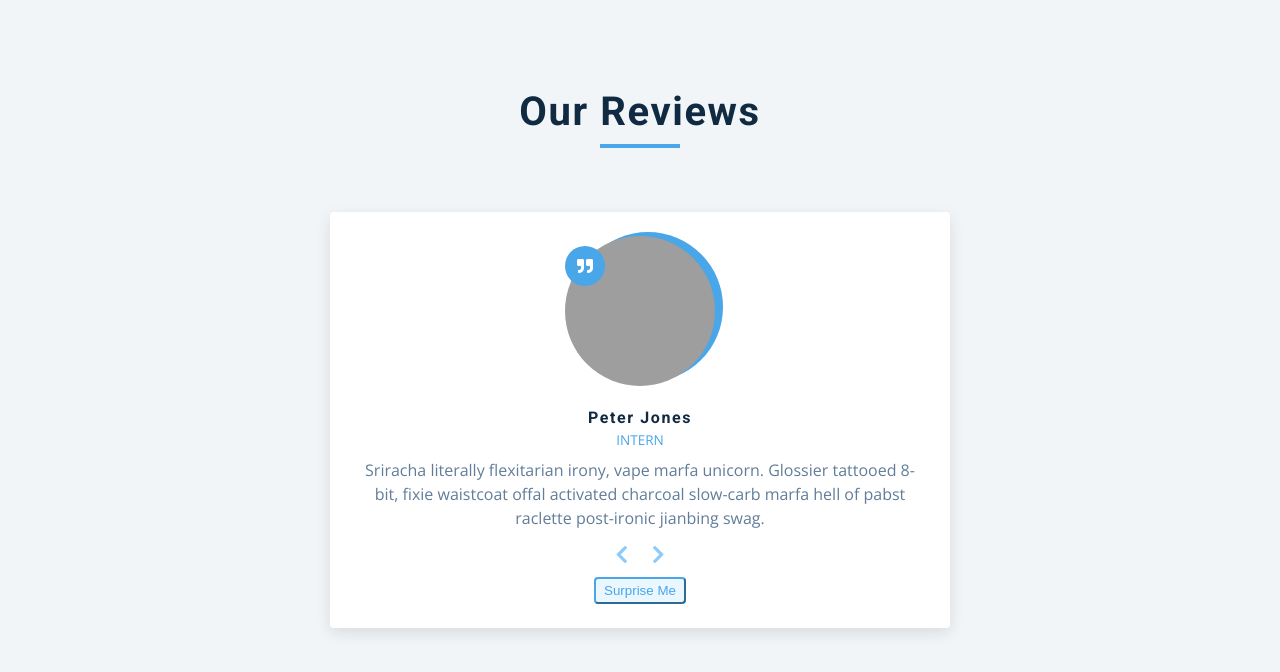
Repository: sunny070/javaScript
Page: Reviews_03/index.html
The author's editor kept a copy of each file at every save. The page is drawn from the files as they stood at one save, then again after a run of saves.
The browser window is 1280 px wide. The pictures show the whole page.
Pictures or frames that could not be fetched are drawn as grey boxes. Some web libraries are served in a nearby version.

Above is the page before, as saved 2023-10-04 12:17:54.

### Reviews_03/index.html
<!DOCTYPE html>
<html lang="en">
  <head>
    <meta charset="UTF-8" />
    <meta name="viewport" content="width=device-width, initial-scale=1.0" />
    <title>Review</title>
    <link
      rel="stylesheet"
      href="https://cdnjs.cloudflare.com/ajax/libs/font-awesome/5.14.0/css/all.min.css"
    />
    <link rel="stylesheet" href="style.css" />
  </head>
  <body>
    <main>
      <section class="container">
        <div class="title">
          <h2>Our Reviews</h2>
          <div class="underline"></div>
        </div>
        <article class="review">
          <div class="img-container">
            <img id="person-img" src="person-1.jpeg" alt="" />
          </div>
          <h4 id="author">sara jones</h4>
          <p id="job">ux Designer</p>
          <p id="info">
            Lorem ipsum dolor sit amet consectetur, adipisicing elit. Officia,
            tempora illo hic itaque ex aperiam optio temporibus laboriosam enim
            aspernatur placeat facilis, eveniet dolorem eaque. Nam, saepe! Vel,
            quisquam ea. Minus modi corrupti unde ullam quod earum odio sapiente
            mollitia temporibus, dolore saepe consectetur inventore assumenda
            nesciunt perferendis, sunt quaerat, facilis laboriosam repudiandae
            pariatur. Recusandae autem minima eveniet qui alias. Consequatur
            culpa ipsa saepe
          </p>

          <div class="button-container">
            <button class="prev-btn">
              <i class="fas fa-chevron-left"></i>
            </button>
            <button class="prev-btn">
              <i class="fas fa-chevron-right"></i>
            </button>
          </div>
          <button class="random-btn">Surprise me</button>
        </article>
      </section>
    </main>

    <script src="app.js"></script>
  </body>
</html>

### Reviews_03/style.css
/*
===============
Fonts
===============
*/
@import url("https://fonts.googleapis.com/css?family=Open+Sans|Roboto:400,700&display=swap");

/*
===============
Variables
===============
*/

:root {
  /* dark shades of primary color*/
  --clr-primary-1: hsl(205, 86%, 17%);
  --clr-primary-2: hsl(205, 77%, 27%);
  --clr-primary-3: hsl(205, 72%, 37%);
  --clr-primary-4: hsl(205, 63%, 48%);
  /* primary/main color */
  --clr-primary-5: hsl(205, 78%, 60%);
  /* lighter shades of primary color */
  --clr-primary-6: hsl(205, 89%, 70%);
  --clr-primary-7: hsl(205, 90%, 76%);
  --clr-primary-8: hsl(205, 86%, 81%);
  --clr-primary-9: hsl(205, 90%, 88%);
  --clr-primary-10: hsl(205, 100%, 96%);
  /* darkest grey - used for headings */
  --clr-grey-1: hsl(209, 61%, 16%);
  --clr-grey-2: hsl(211, 39%, 23%);
  --clr-grey-3: hsl(209, 34%, 30%);
  --clr-grey-4: hsl(209, 28%, 39%);
  /* grey used for paragraphs */
  --clr-grey-5: hsl(210, 22%, 49%);
  --clr-grey-6: hsl(209, 23%, 60%);
  --clr-grey-7: hsl(211, 27%, 70%);
  --clr-grey-8: hsl(210, 31%, 80%);
  --clr-grey-9: hsl(212, 33%, 89%);
  --clr-grey-10: hsl(210, 36%, 96%);
  --clr-white: #fff;
  --clr-red-dark: hsl(360, 67%, 44%);
  --clr-red-light: hsl(360, 71%, 66%);
  --clr-green-dark: hsl(125, 67%, 44%);
  --clr-green-light: hsl(125, 71%, 66%);
  --clr-black: #222;
  --ff-primary: "Roboto", sans-serif;
  --ff-secondary: "Open Sans", sans-serif;
  --transition: all 0.3s linear;
  --spacing: 0.1rem;
  --radius: 0.25rem;
  --light-shadow: 0 5px 15px rgba(0, 0, 0, 0.1);
  --dark-shadow: 0 5px 15px rgba(0, 0, 0, 0.2);
  --max-width: 1170px;
  --fixed-width: 620px;
}
/*
===============
Global Styles
===============
*/

*,
::after,
::before {
  margin: 0;
  padding: 0;
  box-sizing: border-box;
}
body {
  font-family: var(--ff-secondary);
  background: var(--clr-grey-10);
  color: var(--clr-grey-1);
  line-height: 1.5;
  font-size: 0.875rem;
}
ul {
  list-style-type: none;
}
a {
  text-decoration: none;
}
h1,
h2,
h3,
h4 {
  letter-spacing: var(--spacing);
  text-transform: capitalize;
  line-height: 1.25;
  margin-bottom: 0.75rem;
  font-family: var(--ff-primary);
}
h1 {
  font-size: 3rem;
}
h2 {
  font-size: 2rem;
}
h3 {
  font-size: 1.25rem;
}
h4 {
  font-size: 0.875rem;
}
p {
  margin-bottom: 1.25rem;
  color: var(--clr-grey-5);
}
@media screen and (min-width: 800px) {
  h1 {
    font-size: 4rem;
  }
  h2 {
    font-size: 2.5rem;
  }
  h3 {
    font-size: 1.75rem;
  }
  h4 {
    font-size: 1rem;
  }
  body {
    font-size: 1rem;
  }
  h1,
  h2,
  h3,
  h4 {
    line-height: 1;
  }
}
/*  global classes */

/* section */
.section {
  padding: 5rem 0;
}

.section-center {
  width: 90vw;
  margin: 0 auto;
  max-width: 1170px;
}
@media screen and (min-width: 992px) {
  .section-center {
    width: 95vw;
  }
}
main {
  min-height: 100vh;
  display: grid;
  place-items: center;
}

/*
===============
Reviews
===============
*/
main {
  min-height: 100vh;
  display: grid;
  place-items: center;
}
.title {
  text-align: center;
  margin-bottom: 4rem;
}
.underline {
  height: 0.25rem;
  width: 5rem;
  background: var(--clr-primary-5);
  margin-left: auto;
  margin-right: auto;
}
.container {
  width: 80vw;
  max-width: var(--fixed-width);
}
.review {
  background: var(--clr-white);
  padding: 1.5rem 2rem;
  border-radius: var(--radius);
  box-shadow: var(--light-shadow);
  transition: var(--transition);
  text-align: center;
}
.review:hover {
  box-shadow: var(--dark-shadow);
}
.img-container {
  position: relative;
  width: 150px;
  height: 150px;
  border-radius: 50%;
  margin: 0 auto;
  margin-bottom: 1.5rem;
}
#person-img {
  width: 100%;
  display: block;
  height: 100%;
  object-fit: cover;
  border-radius: 50%;
  position: relative;
}
.img-container::after {
  font-family: "Font Awesome 5 Free";
  font-weight: 900;
  content: "\f10e";
  position: absolute;
  top: 0;
  left: 0;
  width: 2.5rem;
  height: 2.5rem;
  display: grid;
  place-items: center;
  border-radius: 50%;
  transform: translateY(25%);
  background: var(--clr-primary-5);
  color: var(--clr-white);
}
.img-container::before {
  content: "";
  width: 100%;
  height: 100%;
  background: var(--clr-primary-5);
  position: absolute;
  top: -0.25rem;
  right: -0.5rem;
  border-radius: 50%;
}
#author {
  margin-bottom: 0.25rem;
}
#job {
  margin-bottom: 0.5rem;
  text-transform: uppercase;
  color: var(--clr-primary-5);
  font-size: 0.85rem;
}
#info {
  margin-bottom: 0.75rem;
}
.prev-btn,
.next-btn {
  color: var(--clr-primary-7);
  font-size: 1.25rem;
  background: transparent;
  border-color: transparent;
  margin: 0 0.5rem;
  transition: var(--transition);
  cursor: pointer;
}
.prev-btn:hover,
.next-btn:hover {
  color: var(--clr-primary-5);
}
.random-btn {
  margin-top: 0.5rem;
  background: var(--clr-primary-10);
  color: var(--clr-primary-5);
  padding: 0.25rem 0.5rem;
  text-transform: capitalize;
  border-radius: var(--radius);
  transition: var(--transition);
  border-color: var(--clr-primary-5);
  cursor: pointer;
}
.random-btn:hover {
  background: var(--clr-primary-5);
  color: var(--clr-primary-1);
}

### Reviews_03/app.js
const reviews = [
  {
    id: 1,
    name: "susan smith",
    job: "web developer",
    img: "https://www.course-api.com/images/people/person-1.jpeg",
    text: "I'm baby meggings twee health goth +1. Bicycle rights tumeric chartreuse before they sold out chambray pop-up. Shaman humblebrag pickled coloring book salvia hoodie, cold-pressed four dollar toast everyday carry",
  },
  {
    id: 2,
    name: "anna johnson",
    job: "web designer",
    img: "https://www.course-api.com/images/people/person-2.jpeg",
    text: "Helvetica artisan kinfolk thundercats lumbersexual blue bottle. Disrupt glossier gastropub deep v vice franzen hell of brooklyn twee enamel pin fashion axe.photo booth jean shorts artisan narwhal.",
  },
  {
    id: 3,
    name: "peter jones",
    job: "intern",
    img: "https://www.course-api.com/images/people/person-4.jpeg",
    text: "Sriracha literally flexitarian irony, vape marfa unicorn. Glossier tattooed 8-bit, fixie waistcoat offal activated charcoal slow-carb marfa hell of pabst raclette post-ironic jianbing swag.",
  },
  {
    id: 4,
    name: "bill anderson",
    job: "the boss",
    img: "https://www.course-api.com/images/people/person-3.jpeg",
    text: "Edison bulb put a bird on it humblebrag, marfa pok pok heirloom fashion axe cray stumptown venmo actually seitan. VHS farm-to-table schlitz, edison bulb pop-up 3 wolf moon tote bag street art shabby chic. ",
  },
];

//select items
const img=document.getElementById('person-img');
const author=document.getElementById('author');
const job=document.getElementById('job');
const info=document.getElementById('info');

const prevBtn =document.querySelector('prev-btn')
const nextBtn =document.querySelector('.next-btn')
const randomBtn =document.querySelector('.random-btn')

//set starting item
let currentItem = 2;

//load initial item
window.addEventListener('DOMContentLoaded',function(){
  // console.log('shake and bake')
  const item = reviews[currentItem];
  console.log(item)
  img.src = item.img;
  author.textContent=item.name;
  job.textContent=item.job;
  info.textContent=item.text;
})

After the next 2 saves:
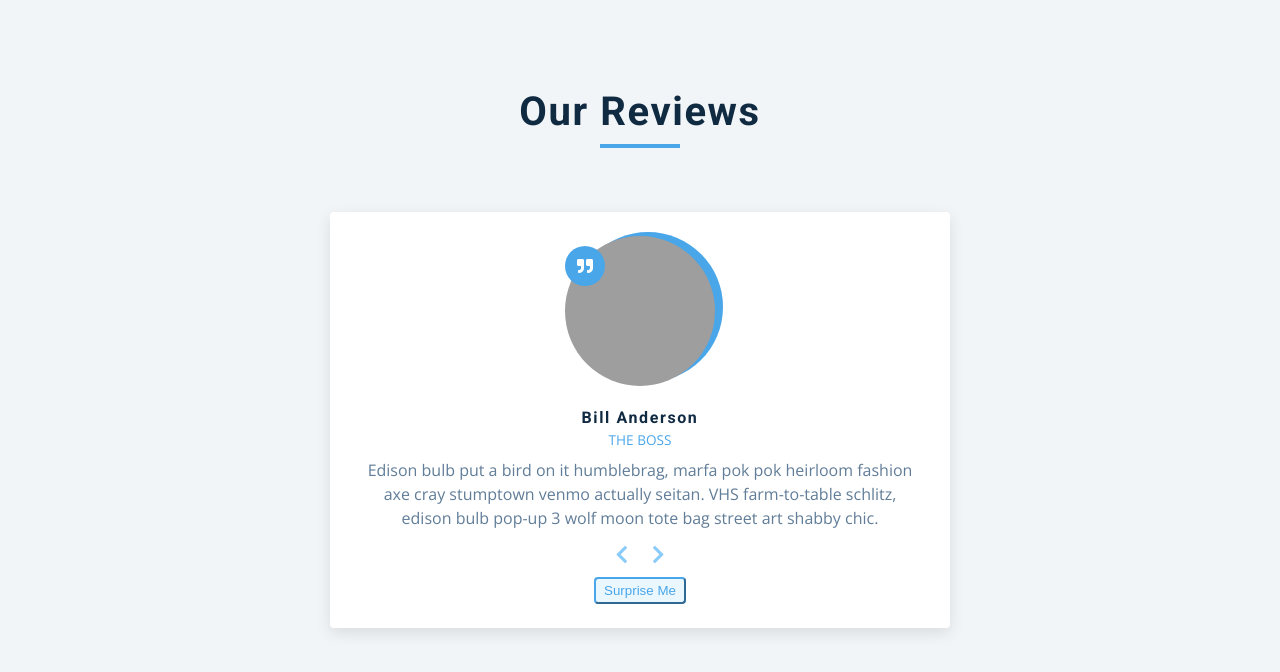
The 2 saves are shown as one change because they came seconds apart.
The last was saved 6 s later.
--- a/Reviews_03/app.js
+++ b/Reviews_03/app.js
@@ -40,7 +40,7 @@ const nextBtn =document.querySelector('.next-btn')
 const randomBtn =document.querySelector('.random-btn')
 
 //set starting item
-let currentItem = 2;
+let currentItem = 3;
 
 //load initial item
 window.addEventListener('DOMContentLoaded',function(){
